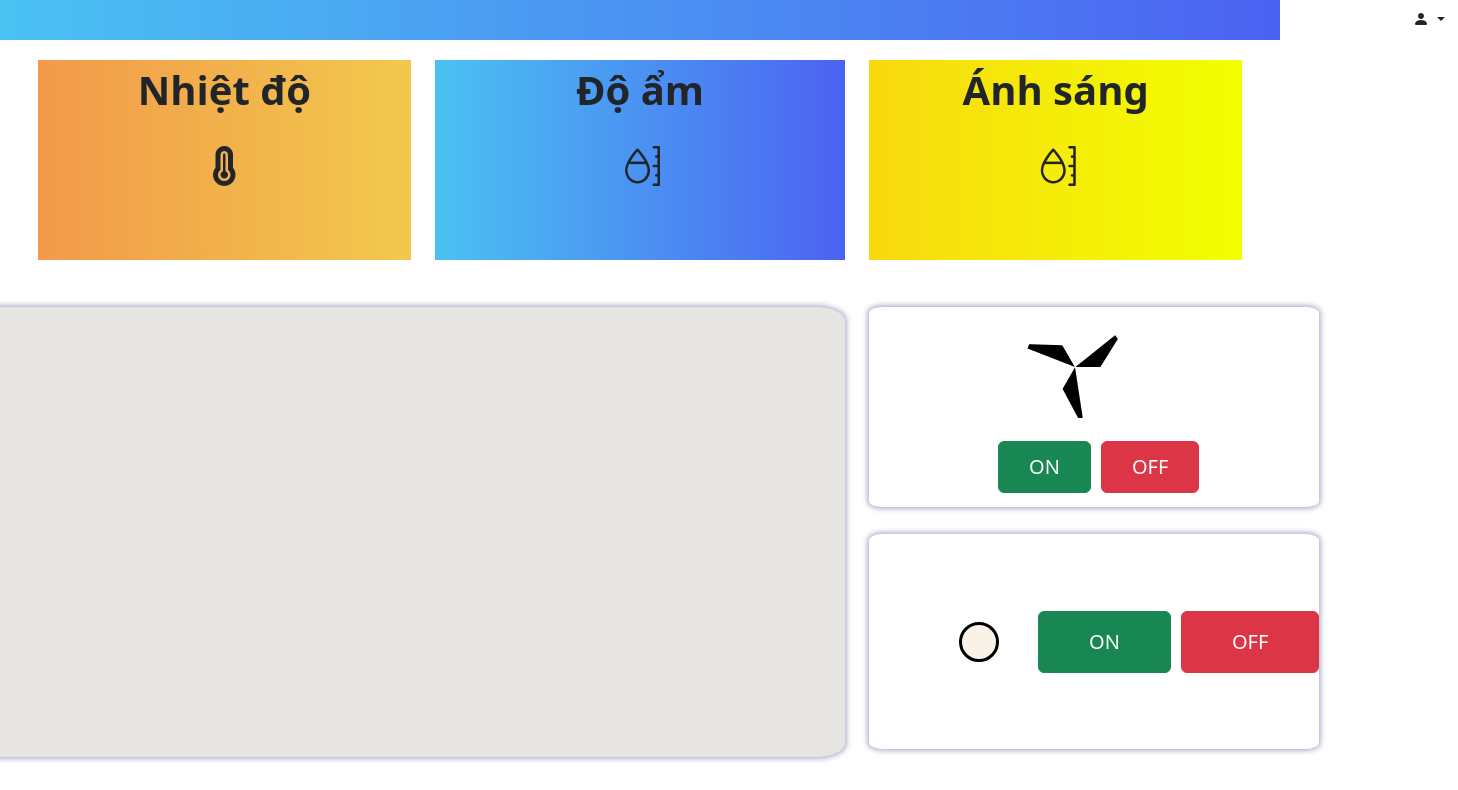
Repository: ndmq03102002/BTL_IOT
Page: Fontend_IOT/iot/index.html
The author's editor kept a copy of each file at every save. The page is drawn from the files as they stood at one save, then again after the next save.
The browser window is 1280 px wide. The page is 1458 px wide, so the pictures cover 1458 px, including what lies to the right of the window. The pictures show the whole page.
Some web libraries are served in a nearby version.

Above is the page before, as saved 2023-09-07 10:12:17.

### Fontend_IOT/iot/index.html
<!DOCTYPE html>
<html lang="en">
<head>
    <meta charset="UTF-8">
    <meta name="viewport" content="width=device-width, initial-scale=1.0">
    <title>Document</title>
    <link rel="stylesheet" href="style.css">
    <link rel="stylesheet" href="bootstrap/css/bootstrap.css">
    <link rel="stylesheet" href="assets/fonts/fontawesome/css/fontawesome-all.min.css">
    <script src="https://cdnjs.cloudflare.com/ajax/libs/Chart.js/2.9.4/Chart.js"></script>
    <script src="https://kit.fontawesome.com/1be2f108e2.js" crossorigin="anonymous"></script>
    <link rel="stylesheet" href="https://cdn.jsdelivr.net/npm/bootstrap-icons@1.10.5/font/bootstrap-icons.css">
    <link rel="stylesheet" href="https://cdnjs.cloudflare.com/ajax/libs/font-awesome/6.0.0/css/all.min.css" integrity="sha512-9usAa10IRO0HhonpyAIVpjrylPvoDwiPUiKdWk5t3PyolY1cOd4DSE0Ga+ri4AuTroPR5aQvXU9xC6qOPnzFeg==" crossorigin="anonymous" referrerpolicy="no-referrer" />

</head>
<header style="width: 100%; height: 40px; margin :auto;background: linear-gradient(to right, #4ac2f2, #4c62f2)">

    <div class="col-sm-12">
        <div class="btn-group" style=" margin-left: 1300px;  ">
            <a class="btn btn-white dropdown-toggle" style="border-radius: 0%;display: block; margin-left: 100px;" href="#" role="button" data-bs-toggle="dropdown" aria-expanded="false">
                <i class="bi bi-person-fill"></i>
              </a>
            <ul class="dropdown-menu">
                <li><a href="javascript:" class="dropdown-item"><i class="bi bi-person"></i> MSV: B20DCCN064</a></li>
                <li><a href="javascript:" class="dropdown-item"><i class="bi bi-phone"></i> Phone: 0399602556</a></li>
                <li><a href="message.html" class="dropdown-item"><i class="bi bi-envelope"></i> Email: Caibutchi2672gmail.com</a></li>
            </ul>
          </div>
</header>
<body>
     <div  style="background-color:white;height:700px; margin-bottom: 50px;">
        <div class="row">
            <div  class="col-sm-4 col-pd"style="padding-left: 50px;" >
                <div class="khoi1 khoi-size">
                        <p >Nhiệt độ</p>
                        <p style="display: inline; " class="count1"></p>
                        <span><i class='fa-solid fa-temperature-full'></i></span>

                </div>
            </div>
            <div class="col-sm-4 col-pd">
                <div class="khoi2 khoi-size">
                    <p> Độ ẩm</p>
                    <p style="display: inline;" class="count2"></p>
                    <span> <i class="bi bi-moisture"></i></span>
                </div>
            </div>
            <div class="col-sm-4 col-pd" style="padding-right: 50px;">
                <div class="khoi3 khoi-size">
                    <p>Ánh sáng</p>
                    <p style="display: inline;" class="count3"></p>
                    <span> <i class="bi bi-moisture"></i></span>
                </div>
            </div>
            <div class="col-sm-8 " >
                <div class="khoi" style="height: 450px;width: 950px; float:right">
                    <canvas id="myChart" style="border-radius: 3%; width:100%;height: 100%;background-color: rgb(231, 229, 226);"></canvas>
                </div>
            </div>
            <div class="col-sm-4 ">
                <div class="khoi khoiii" style=" background-color: white; height: 200px; width: 450px; float: left; display: flex; justify-content: center; align-items: center;">
                    <div class="fan">
                        <div class="blade blade-1"></div>
                        <div class="blade blade-2"></div>
                        <div class="blade blade-3"></div>
                        <div class="stand"></div>
                    </div>
                    <div class="button" style="margin-top:120px; margin-right: 120px;">
                        <button class="btn btn-success " onclick="OnFan()" style="--bs-btn-padding-y: 10px; --bs-btn-padding-x: 30px; --bs-btn-font-size: 20px; ">ON</button>
                         <button class="btn btn-danger " onclick="OffFan()" style="--bs-btn-padding-y: 10px; --bs-btn-padding-x: 30px; --bs-btn-font-size: 20px;">OFF</button>
                    </div>
                </div>
                <div class="khoi " style="background-color: white; margin-bottom: 20px; height: 215px; width: 450px; float: left; display: flex; justify-content: center; align-items: center;">
                    <div class="light" >
                        <div class="light-bulb" > </div>
                    </div>
                    <div class="button"  style="margin: auto;">
                        <button class="btn btn-success " onclick="OnLight()" style="--bs-btn-padding-y: 15px; --bs-btn-padding-x: 50px; --bs-btn-font-size: 20px; ">ON</button>
                         <button class="btn btn-danger " onclick="OffLight()" style="--bs-btn-padding-y: 15px; --bs-btn-padding-x: 50px; --bs-btn-font-size: 20px;">OFF</button>

                    </div>

                </div>
            </div>
        </div>
    </div>
    <p>

    <script src="https://cdn.jsdelivr.net/npm/axios/dist/axios.min.js"></script>
    <script src="js.js"></script>
    <script src="jquery.js"></script>
    <script src="popper.min.js"></script>
    <script src="bootstrap/js/bootstrap.min.js"></script>
</body>
</html>

### Fontend_IOT/iot/style.css
html {
  margin: 0;
  padding: 0;
}

.khoi {
  width: 100%;
  height: 200px;
  margin-right: 0px;
  margin-bottom: 27px;
  background-color: #9fb4d0;

  box-shadow: 0px 0px 5px 2px rgba(97, 95, 151, 0.47);
  border-radius: 3%;
}
.khoi1 {
  width: 100%;
  height: 200px;
  margin-right: 0px;
  margin-bottom: 27px;
  background: linear-gradient(to right, #f2994a, #f2c94c);
}
.khoi2 {
  width: 100%;
  height: 200px;
  margin-right: 0px;
  margin-bottom: 27px;
  background: linear-gradient(to right, #4ac2f2, #4c62f2);
}
.khoi3 {
  width: 100%;
  height: 200px;
  margin-right: 0px;
  margin-bottom: 27px;
  background: linear-gradient(to right, #f8d90f, #f2ff00);
}
.khoii {
  width: 100%;
  height: 500px;
  background-color: black;
}
.abc {
  margin-bottom: 30px;
}
.col-pd {
  padding: 20px;
}
.khoi-size {
  font-size: 40px;
  font-weight: bold;
  text-align: center;
}
.fan {
  width: 200px;
  height: 200px;
  position: relative;
}

.blade {
  width: 0;
  height: 0;
  position: absolute;
  top: 10%;
  left: 160%;
  transform-origin: 0 50%;
  background-color: #000000;
  border-radius: 50%;
}

.blade-1 {
  width: 50px;
  height: 80px;
  clip-path: polygon(0 50%, 100% 0, 50% 50%);
  transform: rotate(0deg);
  /* animation: rotateFan1 1s linear infinite; */
}

.blade-2 {
  width: 50px;
  height: 80px;
  clip-path: polygon(0 50%, 100% 0, 50% 50%);
  transform: rotate(120deg);
  /* animation: rotateFan2 1s linear infinite; */
}

.blade-3 {
  width: 50px;
  height: 80px;
  clip-path: polygon(0 50%, 100% 0, 50% 50%);
  transform: rotate(240deg);
  /* animation: rotateFan3 1s linear infinite; */
}

@keyframes rotateFan2 {
  to {
    transform: rotate(480deg);
  }
}
@keyframes rotateFan1 {
  to {
    transform: rotate(360deg);
  }
}
@keyframes rotateFan3 {
  to {
    transform: rotate(600deg);
  }
}
.button {
  display: flex;
  flex-direction: row;
  justify-content: space-between;
}

.button .btn-success {
  margin-right: 10px; /* Thêm khoảng cách bên phải cho nút "ON" */
}
.light {
  width: 200px;
  height: 200px;
}

.light-bulb {
  width: 40px;
  height: 40px;
  background-color: rgb(251 242 231);
  border: 3px solid #000;
  border-radius: 50%;
  position: relative;
  left: 90px;
  top: 80px;
}
@keyframes bulbLight {
  to {
    border: 5px solid transparent;
    box-shadow: 0 0 30px 50px rgba(255, 255, 0, 0.912);
  }
}

### Fontend_IOT/iot/js.js
let Listbox = document.querySelectorAll(".khoi-size");
let box1 = Listbox[0];
let box2 = Listbox[1];
let box3 = Listbox[2];
// let arrayP = box.getElementsByTagName("p");
// console.log(arrayP[1].innerText);

let countTemp = document.getElementsByClassName(".count1").innerText;
let countHum = document.getElementsByClassName(".count2").innerText;
let countLight = document.getElementsByClassName(".count3").innerText;

let count = 0;

function changeTemp() {
  if (countTemp <= 10) {
    box1.style.backgroundColor = "#9fb4d0";
  } else if (countTemp <= 25) {
    box1.style.backgroundColor = "#3fc848";
  } else if (countTemp <= 35) {
    box1.style.backgroundColor = "#c8b83f";
  } else {
    box1.style.backgroundColor = "#c83f3f";
  }
  if (countTemp > 50) {
    box1.style.backgroundColor = "#fd0606";
  }
}
function changeHum() {
  if (countHum <= 10) {
    box2.style.backgroundColor = "#9fb4d0";
  } else if (countHum <= 25) {
    box2.style.backgroundColor = "#3fc848";
  } else if (countHum <= 35) {
    box2.style.backgroundColor = "#c8b83f";
  } else {
    box2.style.backgroundColor = "#c83f3f";
  }
  if (countHum > 50) {
    box2.style.backgroundColor = "#fd0606";
  }
}
function changeLight() {
  if (countLight <= 10) {
    box3.style.backgroundColor = "#9fb4d0";
  } else if (countLight <= 25) {
    box3.style.backgroundColor = "#3fc848";
  } else if (countLight <= 35) {
    box3.style.backgroundColor = "#c8b83f";
  } else {
    box3.style.backgroundColor = "#c83f3f";
  }
  if (countLight > 50) {
    box3.style.backgroundColor = "#fd0606";
  }
}
function getTempAllData() {
  fetch("http://localhost:8080/Iot/getAllData")
    .then(function (response) {
      return response.json();
    })
    .then(function (posts) {
      const temp = [];
      const hum = [];
      const light = [];
      for (let key of posts) {
        temp.push(key.temperature);
        hum.push(key.humidity);
        light.push(key.light);
      }
      // hiển thị nhiệt độ
      countTemp = document.querySelector(".count1").innerText =
        temp[temp.length - 1];
      countHum = document.querySelector(".count2").innerText =
        hum[hum.length - 1];
      countLight = document.querySelector(".count3").innerText =
        light[light.length - 1];
      console.log("hello");
      changeTemp();
      changeHum();
      changeLight();
      //hiển thị đồ thị
      const xValues = [1, 5, 10, 15, 20, 25, 30, 35, 40, 45];
      type: "line",
        new Chart("myChart", {
          type: "line",
          data: {
            labels: xValues,
            datasets: [
              {
                data: temp,
                borderColor: "red",
                fill: false,
              },
              {
                data: hum,
                borderColor: "green",
                fill: false,
              },
              {
                data: light,
                borderColor: "blue",
                fill: false,
              },
            ],
          },
          options: {
            legend: { display: false },
            scales: {
              yAxes: [
                {
                  ticks: {
                    min: 1, // Giá trị tối thiểu trên trục tung
                    max: 100, // Giá trị tối đa trên trục tung
                    stepSize: 5, // Bước giữa các giá trị
                  },
                },
              ],
            },
          },
        });
    })
    .catch(function (err) {
      console.log(err);
    });
}
function OnFan() {
  const blade1 = (document.querySelector(".blade-1").style.animation =
    "rotateFan1 1s linear infinite");
  const blade2 = (document.querySelector(".blade-2").style.animation =
    "rotateFan2 1s linear infinite");
  const blade3 = (document.querySelector(".blade-3").style.animation =
    "rotateFan3 1s linear infinite");
}
function OffFan() {
  const blade1 = document
    .querySelector(".blade-1")
    .style.removeProperty("animation");
  const blade2 = document
    .querySelector(".blade-2")
    .style.removeProperty("animation");
  const blade3 = document
    .querySelector(".blade-3")
    .style.removeProperty("animation");
}
function OnLight() {
  const light = (document.querySelector(".light-bulb").style.animation =
    "bulbLight 1s linear forwards");
}
function OffLight() {
  const light = document
    .querySelector(".light-bulb")
    .style.removeProperty("animation");
}

Loaded but not shown: Fontend_IOT/iot/bootstrap/css/bootstrap.css (library); Fontend_IOT/iot/jquery.js (library); Fontend_IOT/iot/popper.min.js (library); Fontend_IOT/iot/bootstrap/js/bootstrap.min.js (library)

After the next save:
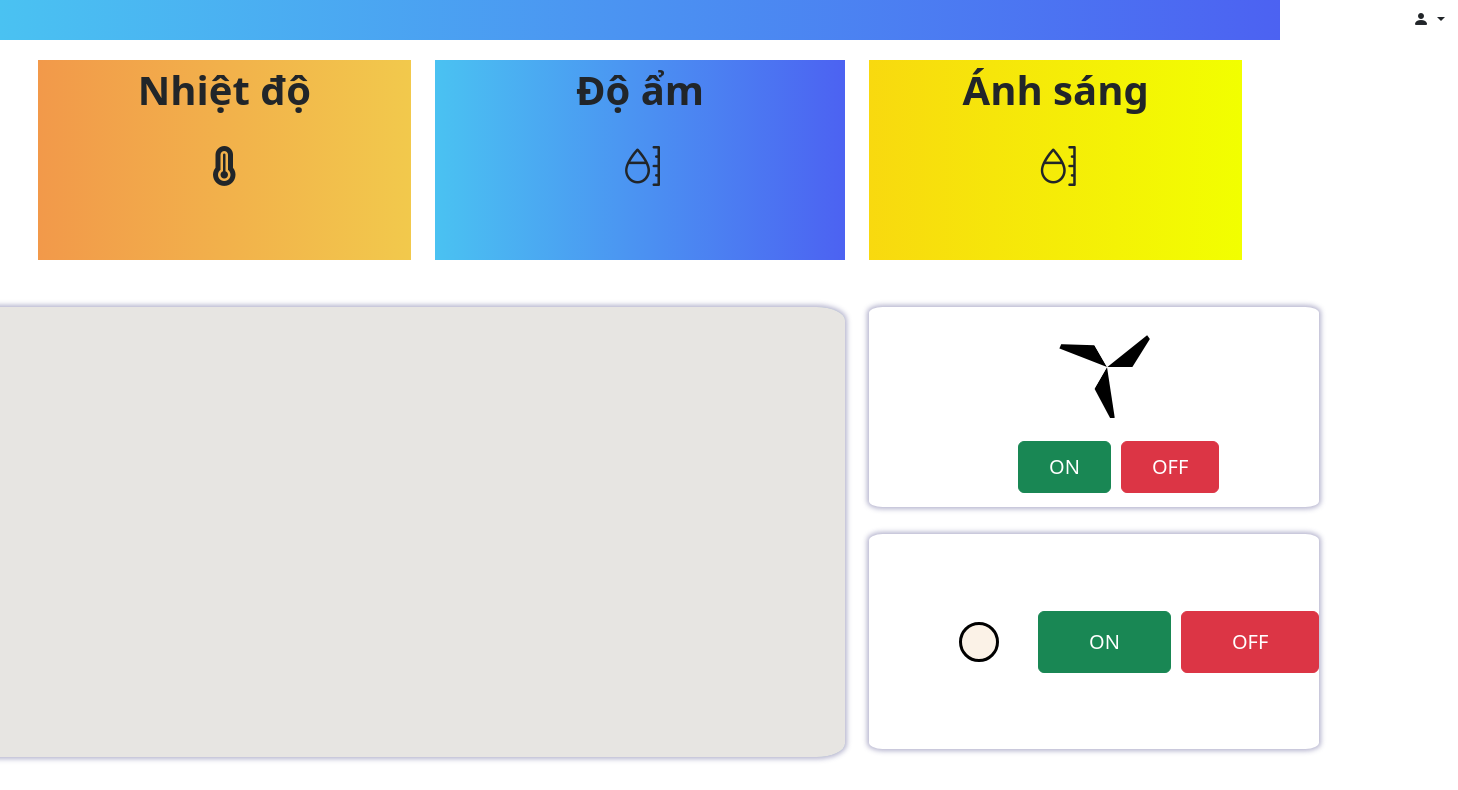
Saved 15 s later.
--- a/Fontend_IOT/iot/index.html
+++ b/Fontend_IOT/iot/index.html
@@ -65,7 +65,7 @@
                         <div class="blade blade-3"></div>
                         <div class="stand"></div>
                     </div>
-                    <div class="button" style="margin-top:120px; margin-right: 120px;">
+                    <div class="button" style="margin-top:120px; margin-right: 100px;">
                         <button class="btn btn-success " onclick="OnFan()" style="--bs-btn-padding-y: 10px; --bs-btn-padding-x: 30px; --bs-btn-font-size: 20px; ">ON</button>
                          <button class="btn btn-danger " onclick="OffFan()" style="--bs-btn-padding-y: 10px; --bs-btn-padding-x: 30px; --bs-btn-font-size: 20px;">OFF</button>
                     </div>

After the save that followed:
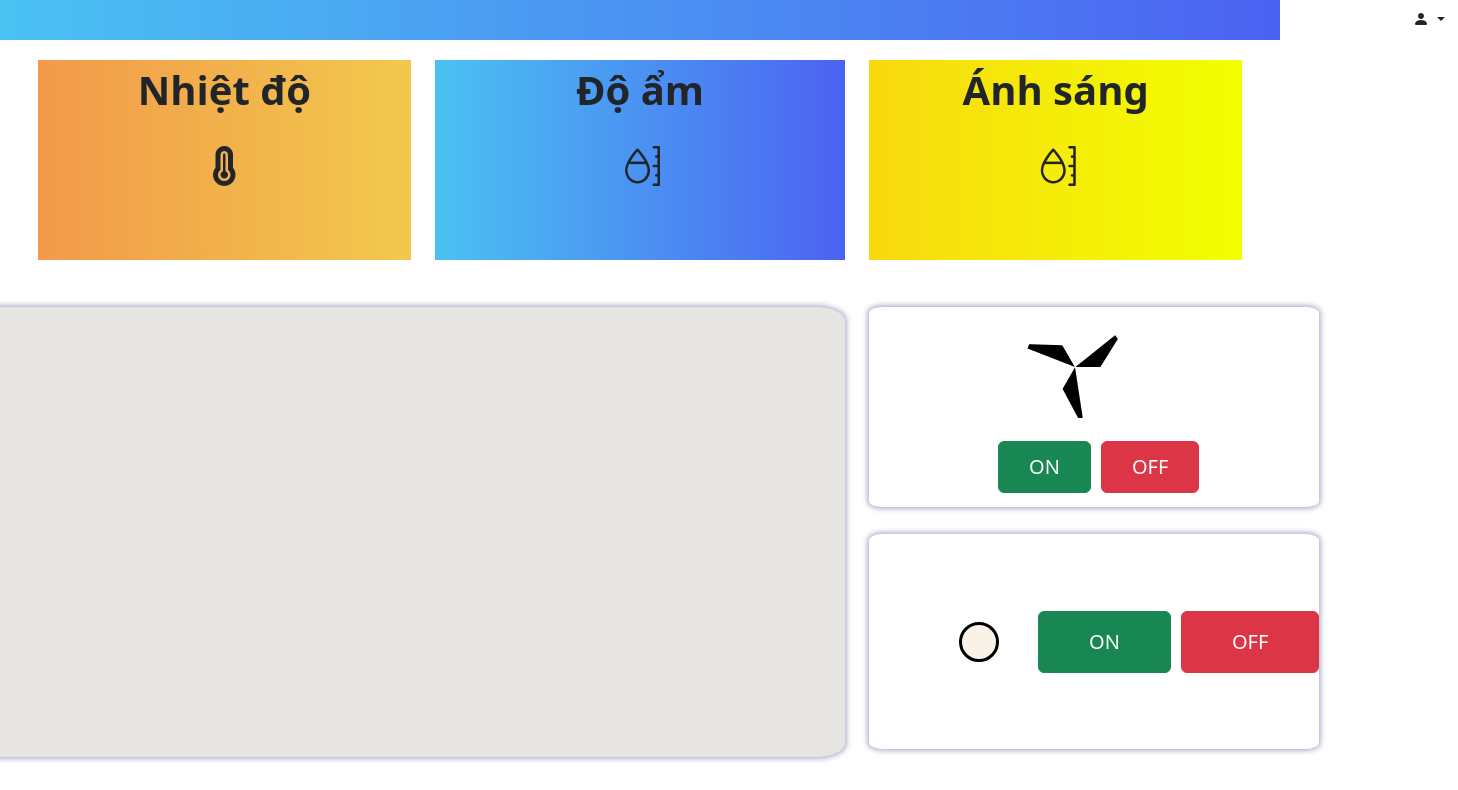
Saved 4 s later.
--- a/Fontend_IOT/iot/index.html
+++ b/Fontend_IOT/iot/index.html
@@ -65,7 +65,7 @@
                         <div class="blade blade-3"></div>
                         <div class="stand"></div>
                     </div>
-                    <div class="button" style="margin-top:120px; margin-right: 100px;">
+                    <div class="button" style="margin-top:120px; margin-right: 120px;">
                         <button class="btn btn-success " onclick="OnFan()" style="--bs-btn-padding-y: 10px; --bs-btn-padding-x: 30px; --bs-btn-font-size: 20px; ">ON</button>
                          <button class="btn btn-danger " onclick="OffFan()" style="--bs-btn-padding-y: 10px; --bs-btn-padding-x: 30px; --bs-btn-font-size: 20px;">OFF</button>
                     </div>
